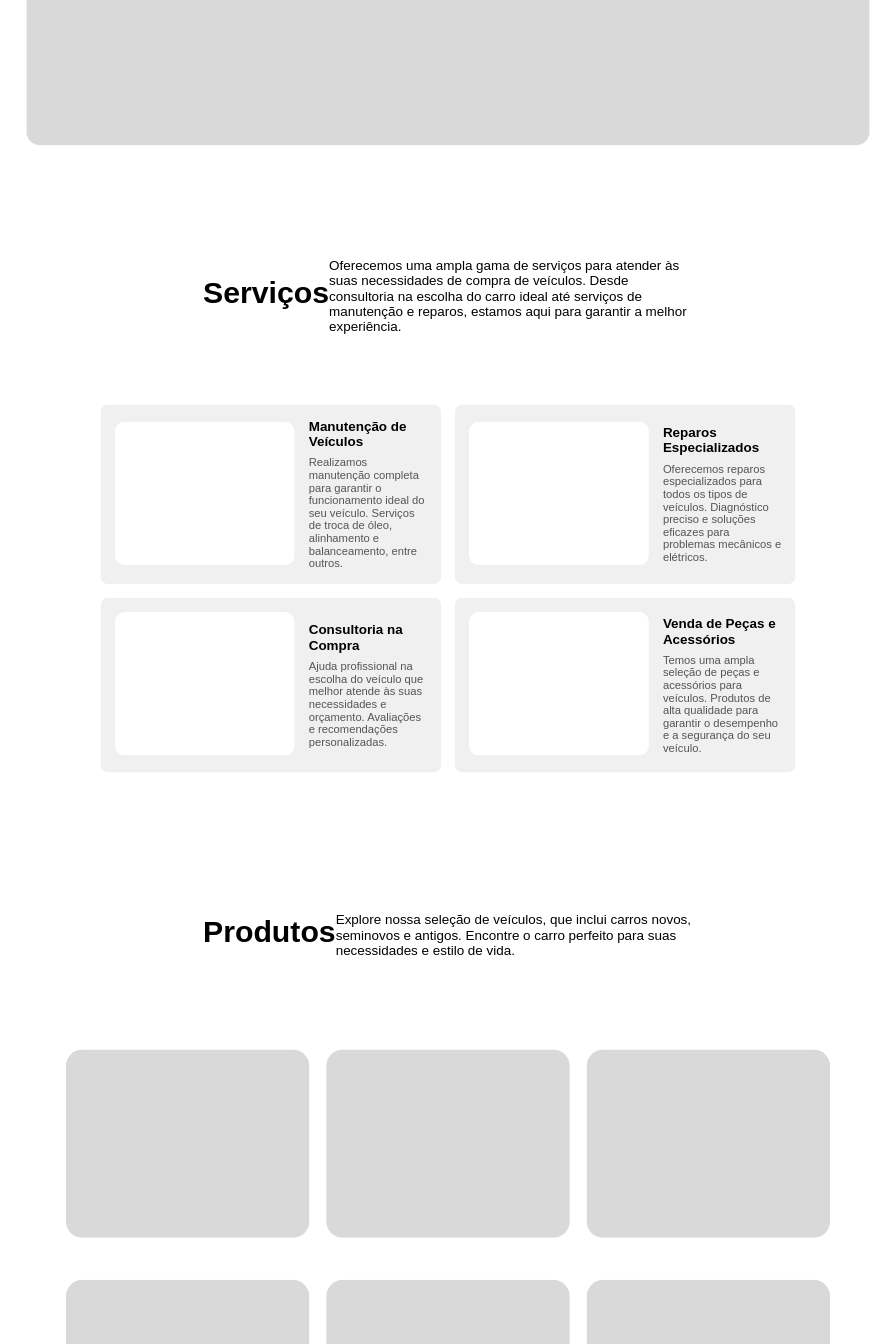
Repository: Matheus904-12/Reforma
Page: index.html
An editor plug-in stored every save of this project. The page is shown before and after a run of saves, followed by the edit.
The browser window is 1280 px wide. The pictures show the part of the page from y = 476 to 2396 px (the page is 4137 px tall before and 3771 px after), at 70% of full size.
Some web libraries are served in a nearby version.

Above is the page before, as saved 2024-08-12 19:35:51.
Console error: TypeError: Cannot read properties of undefined (reading 'click')

After the next 4 saves:
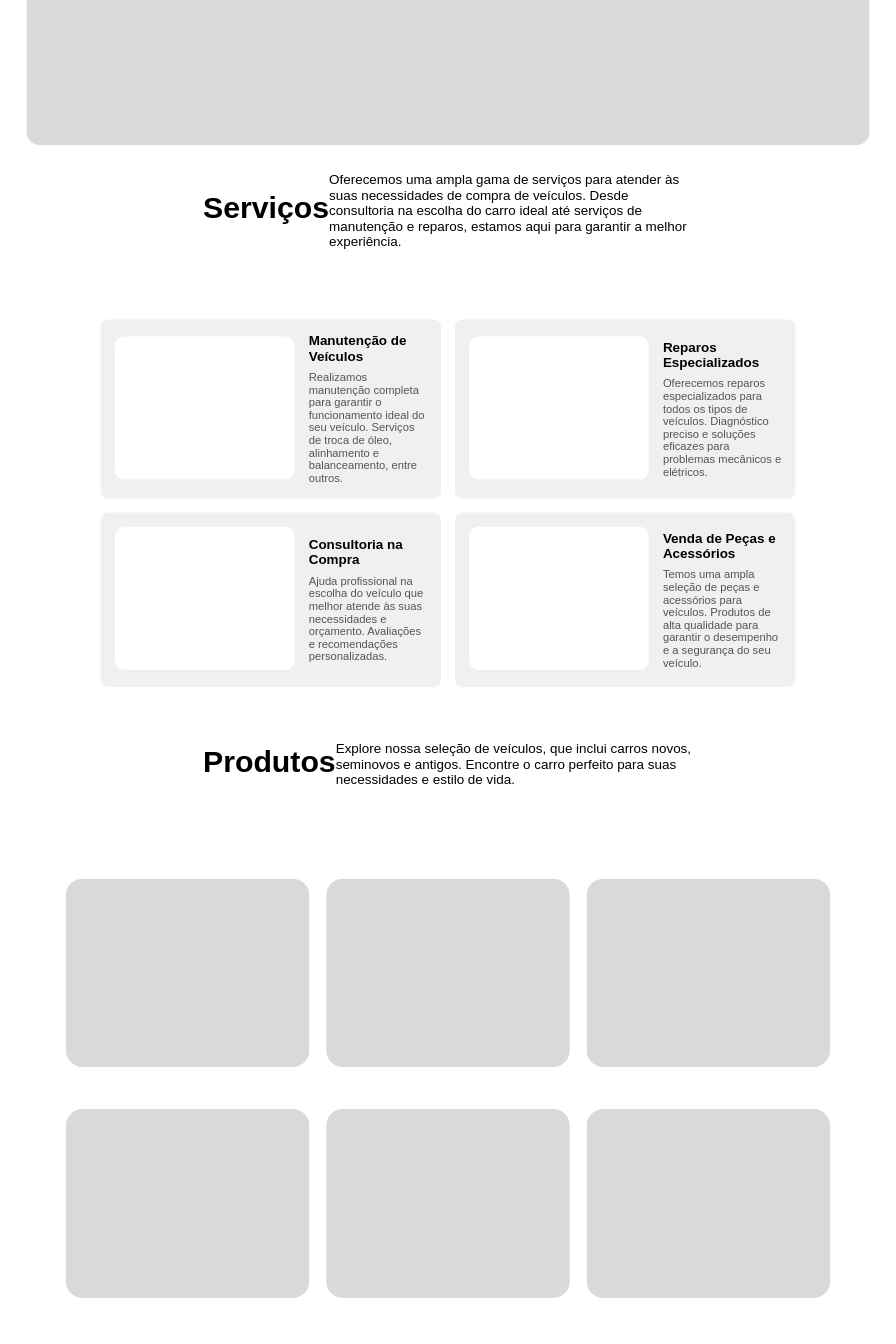
The 4 saves are shown as one change because they came seconds apart.
The last was saved 71 s later.
--- a/CSS/styles.css
+++ b/CSS/styles.css
@@ -152,6 +152,7 @@ header {
 
 .servicos {
     padding: 100px;
+    margin-top: -122px;
 }
 
 .servicos-header {
